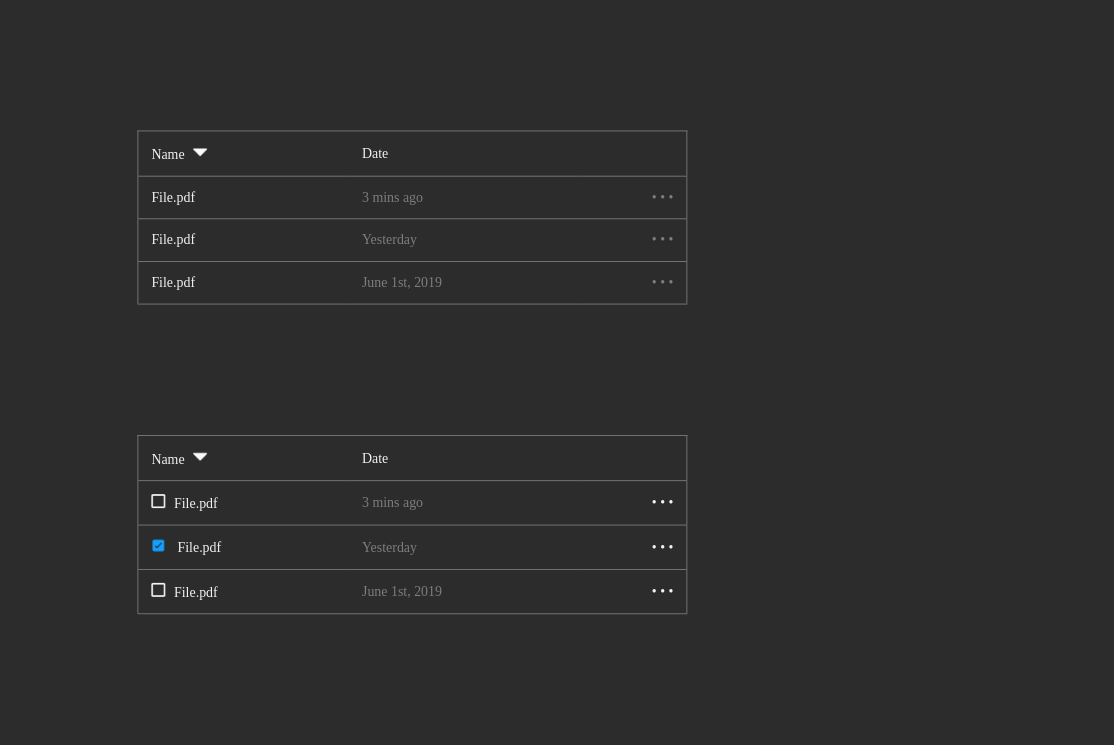
Repository: batonAnton/Hw5-table
Page: index.html
An editor plug-in stored every save of this project. The page is shown before and after the next save, followed by the edit.
The browser window is 1280 px wide. The pictures show the whole page, at 87% of full size.

Above is the page before, as saved 2022-06-14 11:22:26.

After the next save:
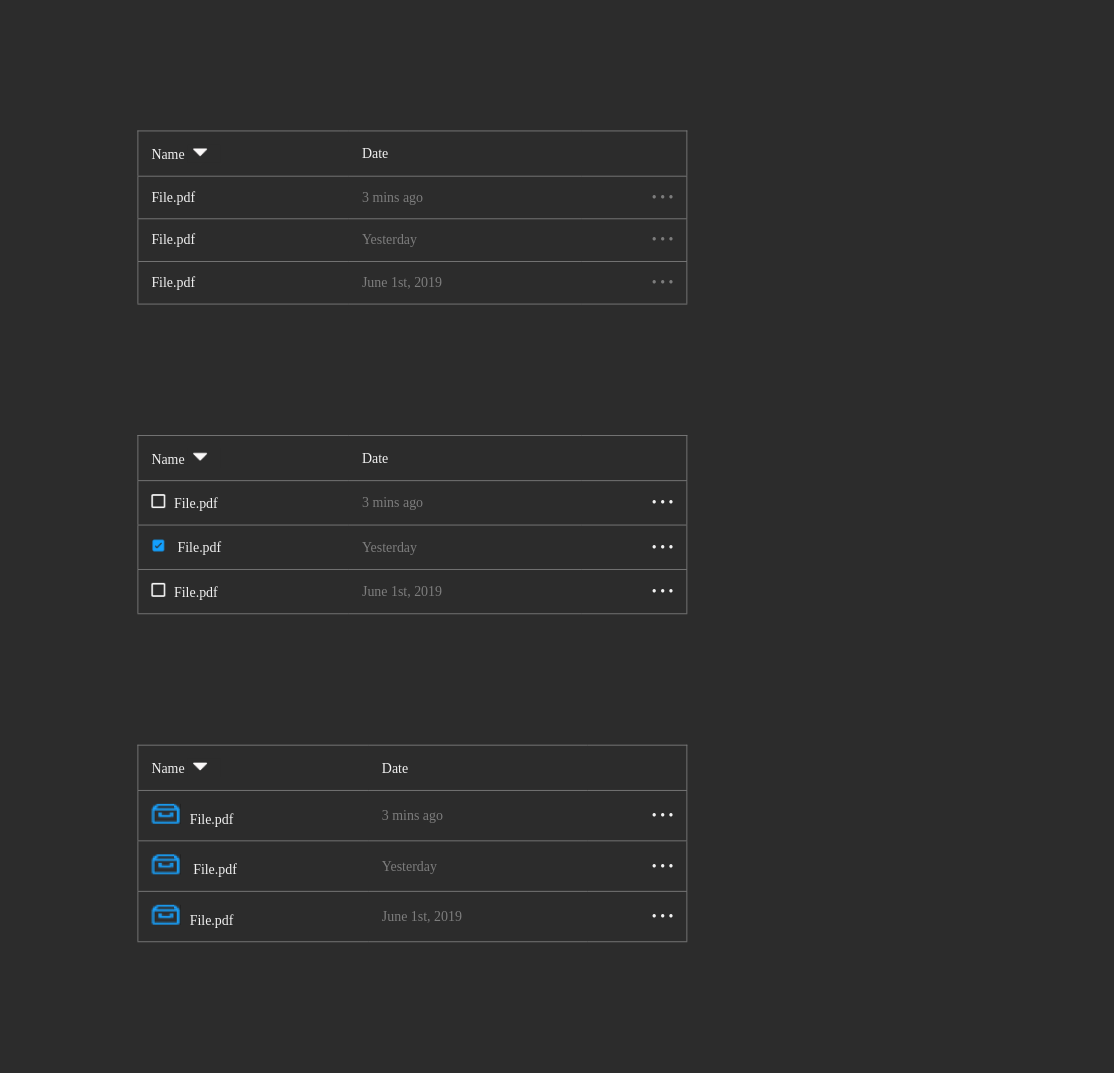
Saved 4 min 50 s later.
--- a/index.html
+++ b/index.html
@@ -57,5 +57,30 @@
             <td class="right-dot white-dot">&#x2022 &#x2022 &#x2022</td>
         </tr>
     </table>
+
+    <table>
+        <tr>
+            <td>  Name <button><img src="image/down-filled-triangular-arrow.png" alt="down-filled-triangular-arrow"></button> </td>
+            <td colspan="2">Date</td>
+        </tr>
+
+        <tr>
+            <td> <img src="/image/file-iconpng.png" alt="">File.pdf</td>
+            <td class="gray-color">3 mins ago</td>
+            <td class="right-dot white-dot">&#x2022 &#x2022 &#x2022</td>
+        </tr>
+
+        <tr>
+            <td><img src="/image/file-iconpng.png" alt=""> File.pdf</td>
+            <td class="gray-color">Yesterday</td>
+            <td class="right-dot white-dot">&#x2022 &#x2022 &#x2022</td>
+        </tr>
+
+        <tr>
+            <td><img src="/image/file-iconpng.png" alt="">File.pdf</td>
+            <td class="gray-color">June 1st, 2019</td>
+            <td class="right-dot white-dot">&#x2022 &#x2022 &#x2022</td>
+        </tr>
+    </table>
 </body>
 </html>
